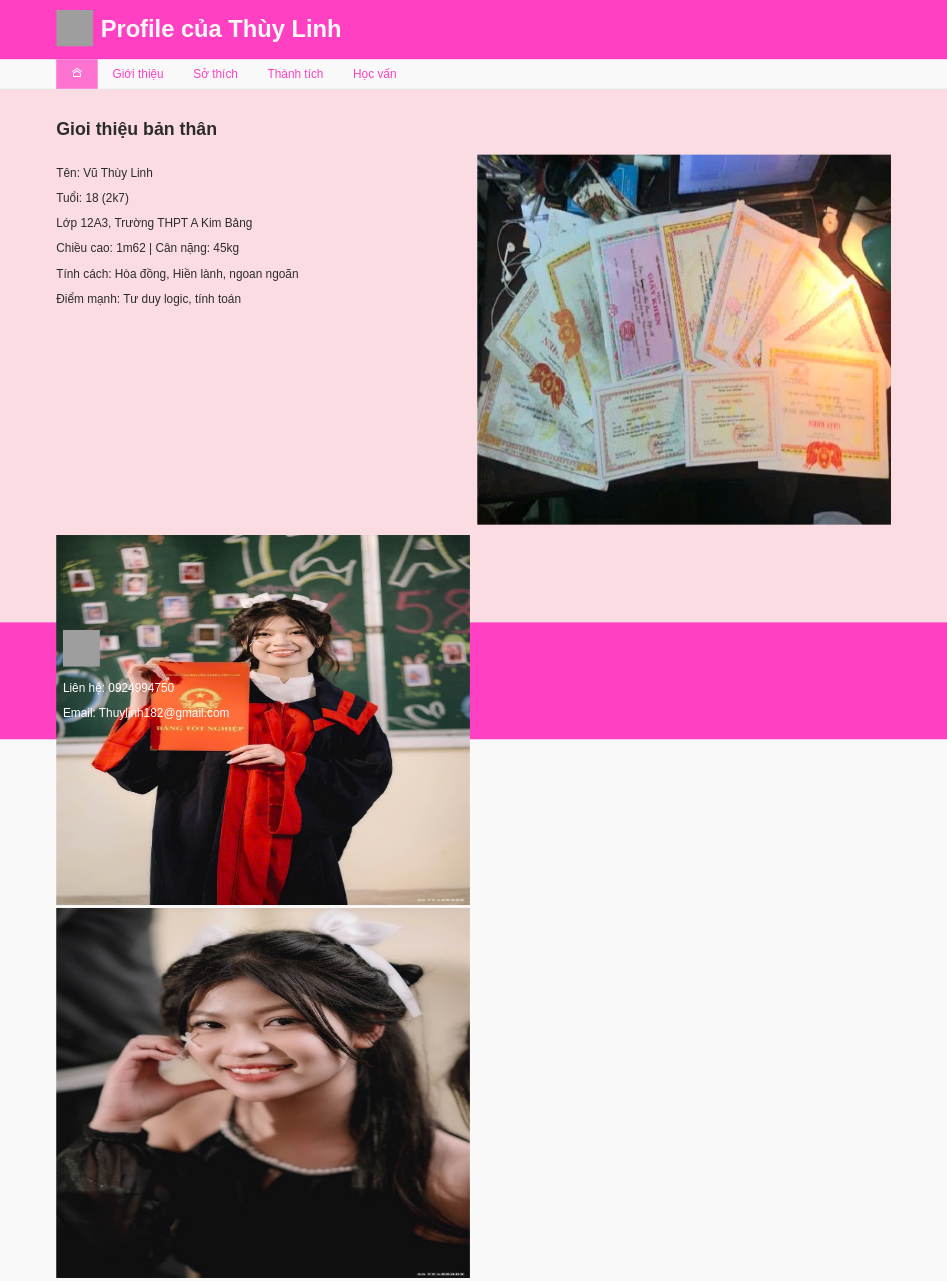
Repository: DucLong-PD07979/profile-vu-thuy-linh
Page: ban-than.html
These files come from the project's save history. The page is drawn as it stood at one moment and after the next save; the edit follows.
The browser window is 1280 px wide. The pictures show the whole page, at 74% of full size.
Pictures or frames that could not be fetched are drawn as grey boxes.

Above is the page before, as saved 2025-03-08 21:31:02.
Not found: script.js

### ban-than.html
<!DOCTYPE html>
<html lang="vi">
    <head>
        <meta charset="UTF-8" />
        <meta name="viewport" content="width=device-width, initial-scale=1.0" />
        <title>Profile của Thùy Linh</title>
        <link rel="stylesheet" href="./css/main.css" />
        <script defer src="script.js"></script>
    </head>
    <body>
        <header>
            <div class="container">
                <div class="logo">
                    <img
                        src="https://encrypted-tbn0.gstatic.com/images?q=tbn:ANd9GcQHs0UoAlT72hduByWmi6BstIWlXX2zQqTC_Q&s"
                        alt="Logo"
                    />
                </div>
                <h1>Profile của Thùy Linh</h1>
            </div>
        </header>
        <div class="menu-list">
            <div class="container">
                <nav>
                    <ul>
                        <li>
                            <a href="#home" class="active">
                                <svg
                                    xmlns="http://www.w3.org/2000/svg"
                                    viewBox="0 0 24 24"
                                    fill="currentColor"
                                >
                                    <path
                                        d="M12.5812 2.68627C12.2335 2.43791 11.7664 2.43791 11.4187 2.68627L1.9187 9.47198L3.08118 11.0994L11.9999 4.7289L20.9187 11.0994L22.0812 9.47198L12.5812 2.68627ZM19.5812 12.6863L12.5812 7.68627C12.2335 7.43791 11.7664 7.43791 11.4187 7.68627L4.4187 12.6863C4.15591 12.874 3.99994 13.177 3.99994 13.5V20C3.99994 20.5523 4.44765 21 4.99994 21H18.9999C19.5522 21 19.9999 20.5523 19.9999 20V13.5C19.9999 13.177 19.844 12.874 19.5812 12.6863ZM5.99994 19V14.0146L11.9999 9.7289L17.9999 14.0146V19H5.99994Z"
                                    ></path>
                                </svg>
                            </a>
                        </li>
                        <li>
                            <a href="#about">Giới thiệu</a>
                            <ul class="menu-children">
                                <li><a href="#banthan">Bản thân</a></li>
                                <li><a href="#giadinh">Gia đình</a></li>
                            </ul>
                        </li>
                        <li><a href="#hobbies">Sở thích</a></li>
                        <li><a href="#achievements">Thành tích</a></li>
                        <li><a href="#education">Học vấn</a></li>
                    </ul>
                </nav>
            </div>
        </div>
        <!-- section sỏ thích bản thân -->
        <section id="introduce-section">
            <div class="container">
                <h2>Gioi thiệu bản thân</h2>
                <div class="introduce-section-content">
                    <div class="box">
                        <p>Tên: Vũ Thùy Linh</p>
                        <p>Tuổi: 18 (2k7)</p>
                        <p>Lớp 12A3, Trường THPT A Kim Bảng</p>
                        <p>Chiều cao: 1m62 | Cân nặng: 45kg</p>
                        <p>Tính cách: Hòa đồng, Hiền lành, ngoan ngoãn</p>
                        <p>Điểm mạnh: Tư duy logic, tính toán</p>
                    </div>
                    <div class="box">
                        <div class="gallery">
                            <img src="./images/anh-ban-than-1.jpg" alt="" />
                        </div>
                    </div>
                    <div class="box">
                        <div class="gallery">
                            <img src="./images/anh-ban-than-2.jpg" alt="" />
                            <img src="./images/anh-ban-than-3.jpg" alt="" />
                        </div>
                    </div>
                </div>
            </div>
        </section>
        <footer>
            <div class="container">
                <div class="logo">
                    <img
                        src="https://encrypted-tbn0.gstatic.com/images?q=tbn:ANd9GcQHs0UoAlT72hduByWmi6BstIWlXX2zQqTC_Q&s"
                        alt="Logo"
                    />
                </div>
                <p>Liên hệ: 0924994750</p>
                <p>Email: Thuylinh182@gmail.com</p>
            </div>
        </footer>
    </body>
</html>
<!-- https://profile-vu-thuy-linh.vercel.app/ -->

### css/main.css
* {
    box-sizing: border-box;
}

body {
    font-family: Arial, sans-serif;
    margin: 0;
    padding: 0;
    background-color: #f9f9f9;
    color: #2c2c2c;
}

.container {
    margin: 0 5%;
    padding: 0 12px;
}

header {
    background-color: #ff40c2;
    color: #f9f9f9;
}

header .container {
    display: flex;
    align-items: center;
}

.logo img {
    width: 50px;
    height: 50px;
    margin-right: 10px;
}

.menu-list {
    color: #ff40c2;
    border-bottom: 1px solid #d6d6d6;
}

nav ul {
    list-style: none;
    padding: 0;
    display: flex;
    align-items: center;
    margin: 0;
}

nav ul li {
    display: inline;
    position: relative;
}

nav ul li a {
    color: #ff40c2;
    text-decoration: none;
    padding: 10px 20px;
    display: block;
    font-size: 16px;
    transition: all 0.1s linear;
}

nav ul li a.active {
    background-color: #fe73d2;
}

nav ul li a svg {
    width: 16px;
    height: 16px;
    color: #ffffff;
}

nav ul li a:hover {
    color: white;
    background-color: #fe73d2;
}

.menu-children {
    position: absolute;
    z-index: 9;
    top: 100%;
    display: none;
    background-color: #f9f9f9;
}

nav ul li:hover .menu-children {
    display: block;
}

.participation-section {
    display: grid;
    gap: 10px;
    grid-template-columns: 1fr 1fr 1fr 1fr 1fr;
}

.item-1 {
    grid-column: 1 / 5;
    display: grid;
    grid-template-columns: 1fr 1fr;
    gap: 10px;
    width: 100%;
}

.item-2 {
    grid-column: 5 / 6;
}

.participation-section .item-1 img {
    width: 100%;
    height: 300px;
}

.participation-section .item-2 img {
    width: 100%;
    height: 240px;
    margin-bottom: 10px;
}

.participation-content {
    width: 100%;
}

.participation-content a {
    color: #404042;
    display: block;
    padding: 6px 0;
}

.participation-content a:hover {
    color: #fe73d2;
    text-decoration: underline;
}

/* giới thiệu bản thân */
#introduce-section {
    background-color: #fbdce2;
    width: 100%;
    height: 100vh;
    padding: 20px 0;
}

.introduce-section-content {
    display: grid;
    grid-template-columns: 1fr 1fr;
    gap: 10px;
}

.introduce-section-content .box .gallery {
    width: 100%;
}

.introduce-section-content .box .gallery img {
    width: 100%;
    height: 500px;
    object-fit: fill;
}

footer {
    background-color: #ff40c2;
    color: white;
    padding: 10px;
}

After the next save:
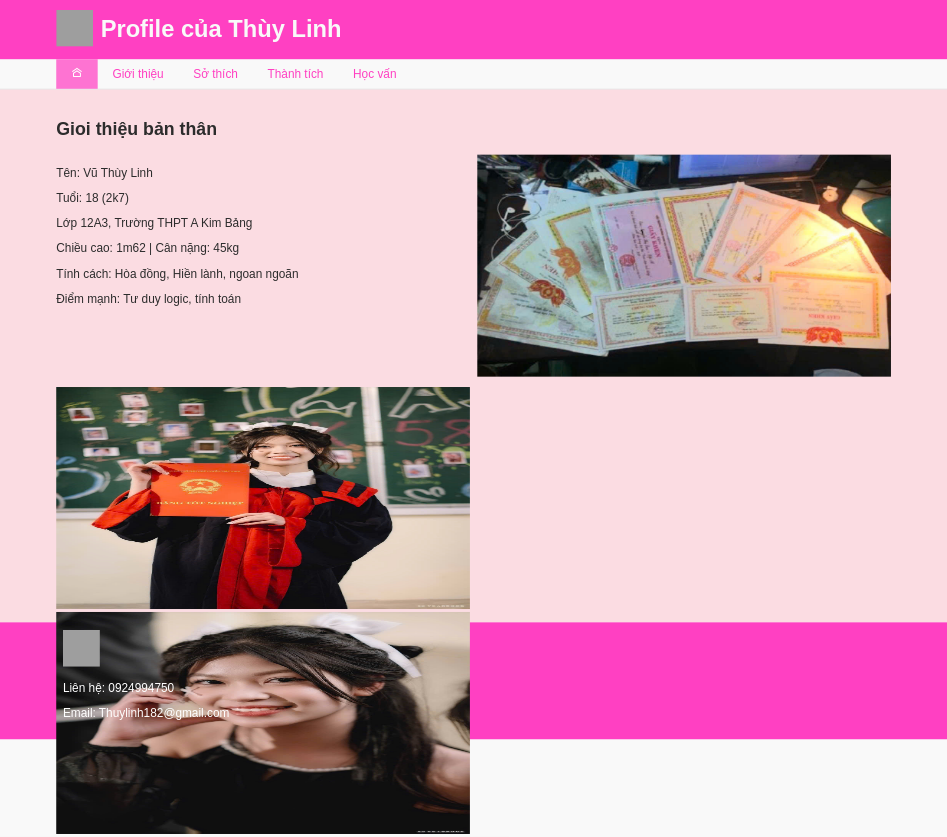
Saved 16 s later.
--- a/css/main.css
+++ b/css/main.css
@@ -149,7 +149,7 @@ nav ul li:hover .menu-children {
 
 .introduce-section-content .box .gallery img {
     width: 100%;
-    height: 500px;
+    height: 300px;
     object-fit: fill;
 }
 
